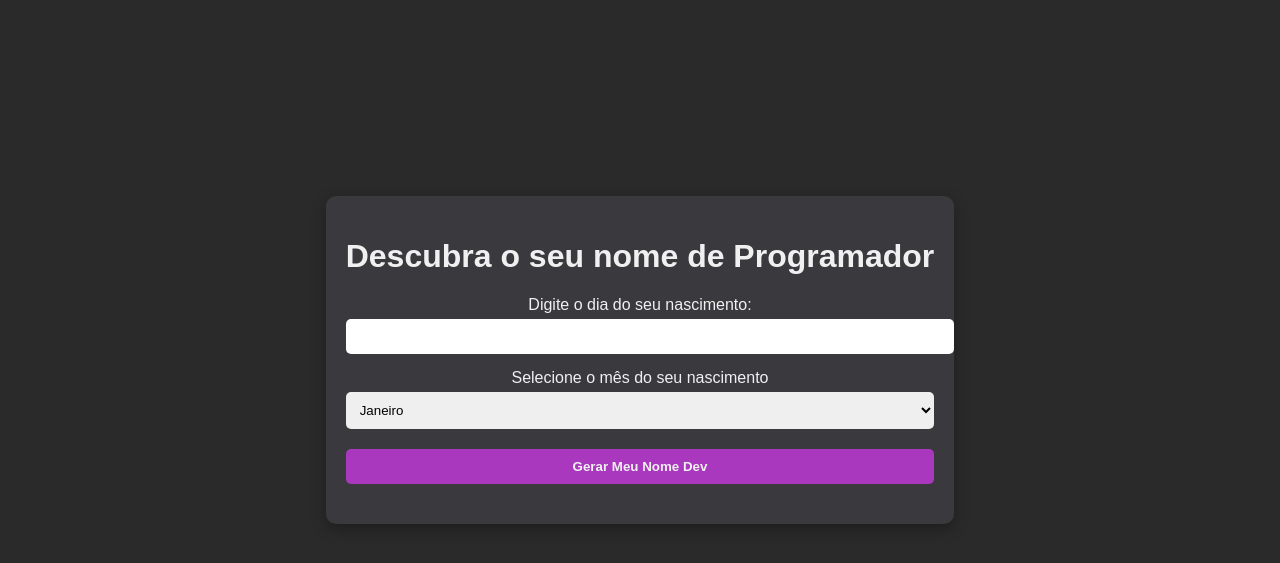
Repository: analessp/seu-nome-dev
Page: index.html
The author's editor kept a copy of each file at every save. The page is drawn from the files as they stood at one save, then again after a run of saves.
The browser window is 1280 px wide. The pictures show the whole page.

Above is the page before, as saved 2025-05-13 11:27:23.

After the next 2 saves:
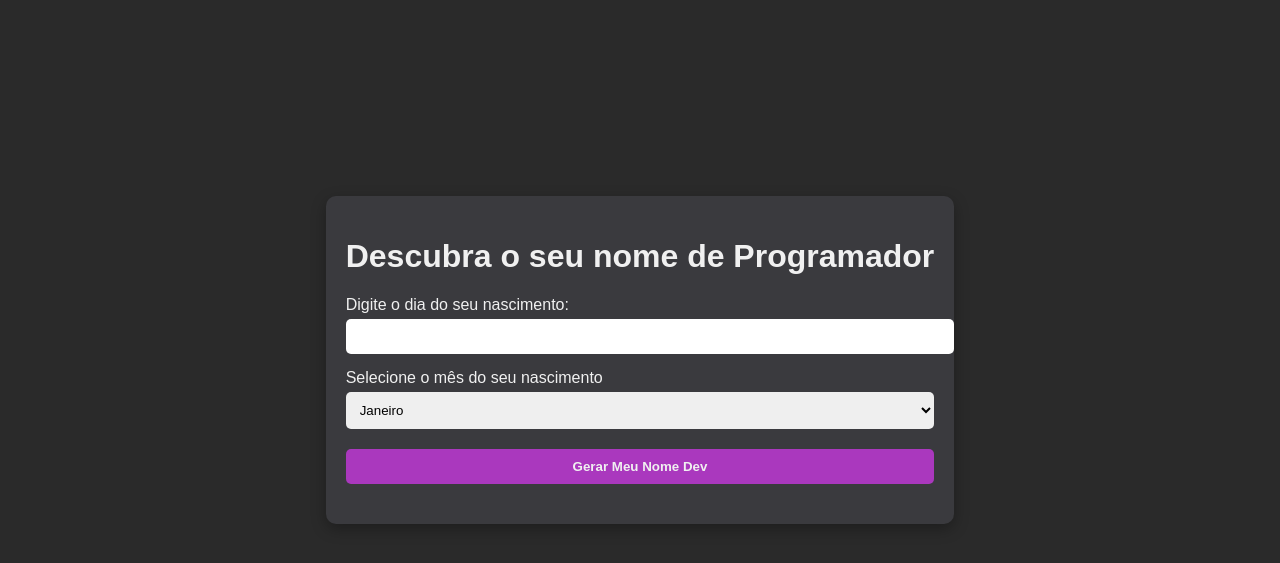
The 2 saves are shown as one change because they came seconds apart.
The last was saved 13 s later.
--- a/styles.css
+++ b/styles.css
@@ -14,7 +14,7 @@ body {
     padding: 20px;
     border-radius: 10px;
     box-shadow: 0px 5px 15px rgba(0, 0, 0, 0.3);
-    text-align: center;
+    width: ;
 }
 
 .form-group {
